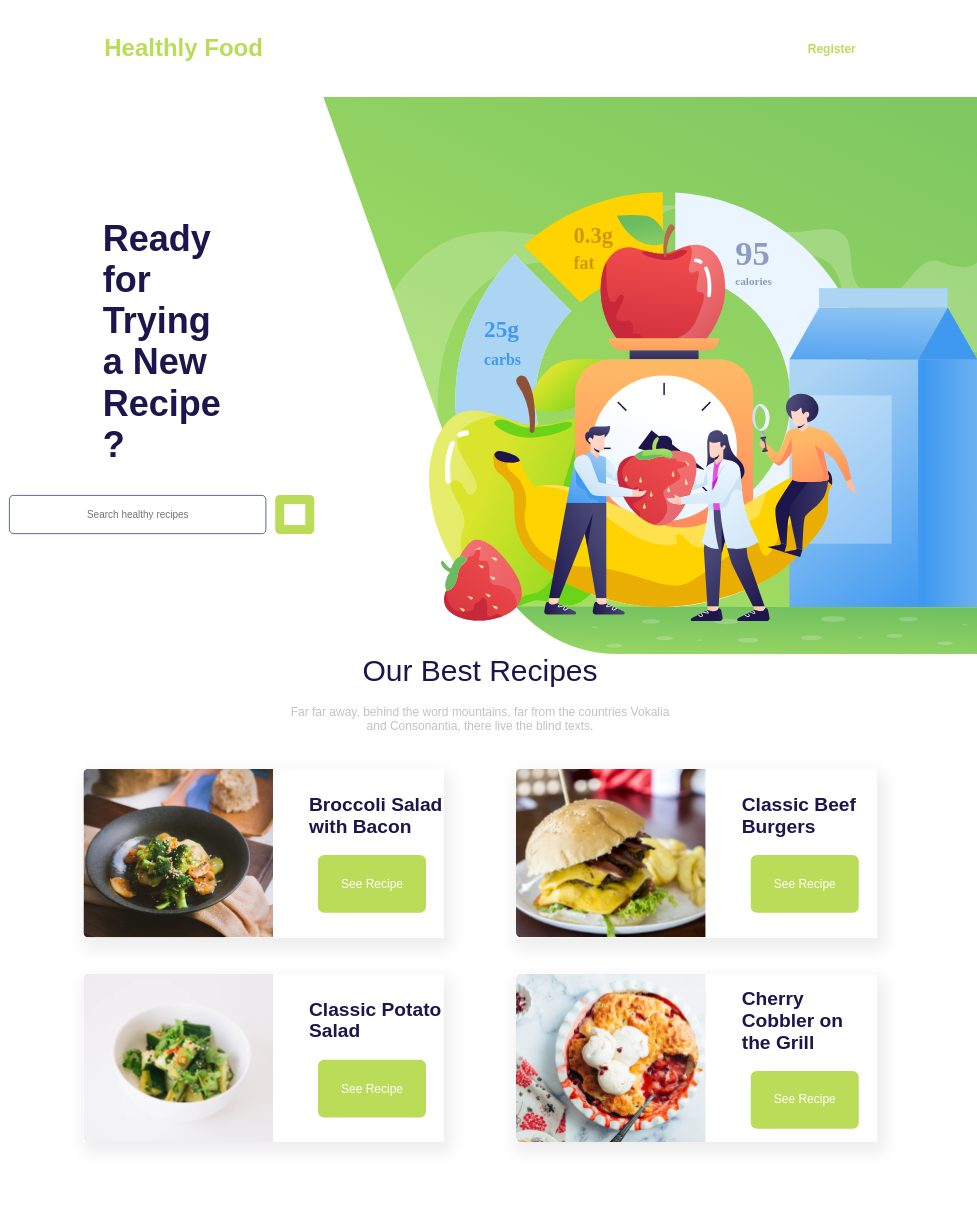
Repository: LuccaCasalecchi/HealthyFood
Page: /
These files come from the project's save history. The page is drawn as it stood at one moment and after the next save; the edit follows.
The browser window is 1280 px wide. The page is 1303 px wide, so the pictures cover 1303 px, including what lies to the right of the window. The pictures show the whole page, at 75% of full size.
The project was rebuilt for these pictures with package versions that can differ from the ones it lists, and the page was loaded fresh each time.

Above is the page before, as saved 2021-08-18 20:54:22.

After the next save:
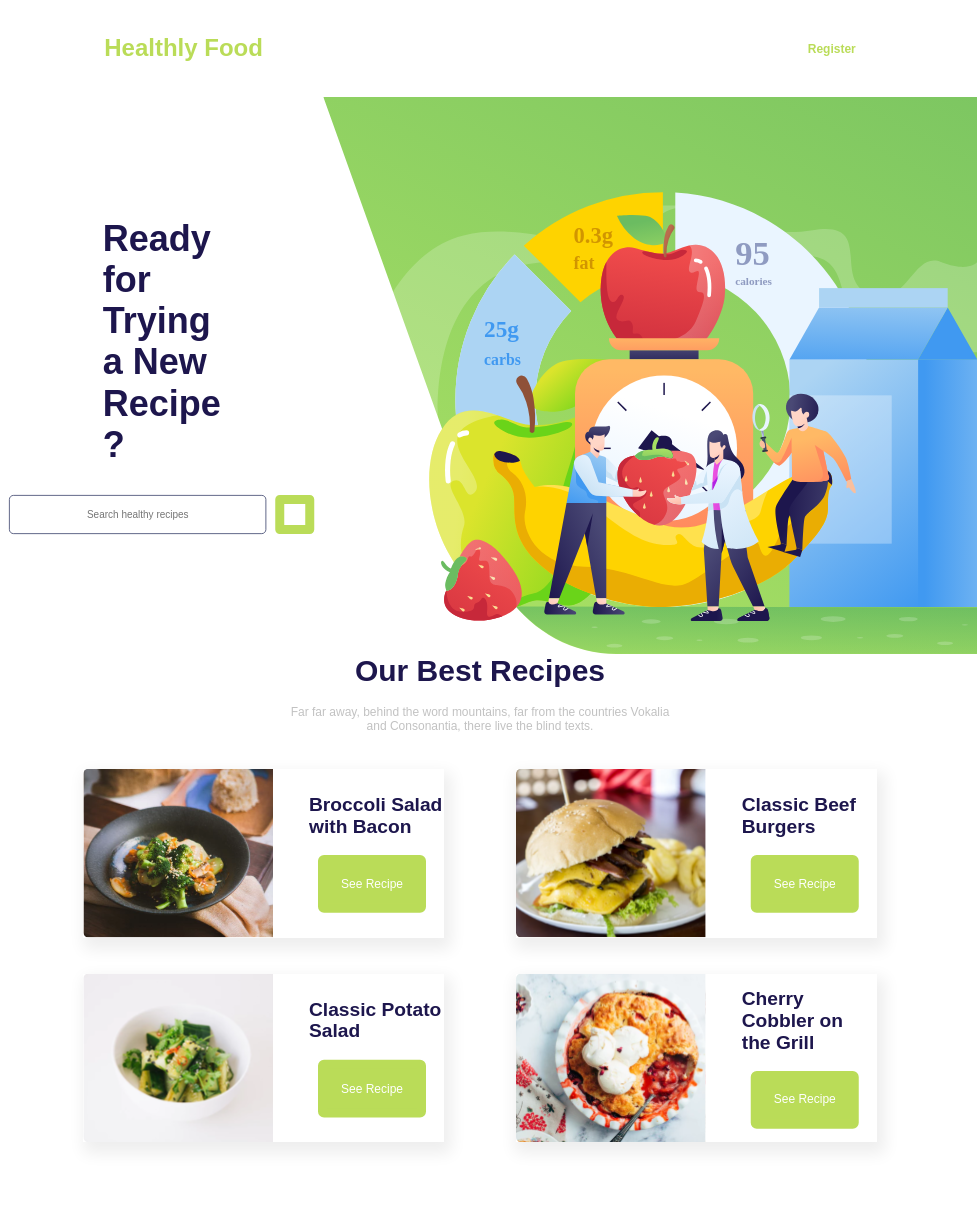
Saved 6 s later.
--- a/src/components/Recipes/Recipes.css
+++ b/src/components/Recipes/Recipes.css
@@ -16,7 +16,7 @@
 
   color: #1D164D;
   font-family: sans-serif;
-  font-weight: 500;
+  font-weight: 600;
   font-size: 2.5rem;
   text-align: center;
 }
